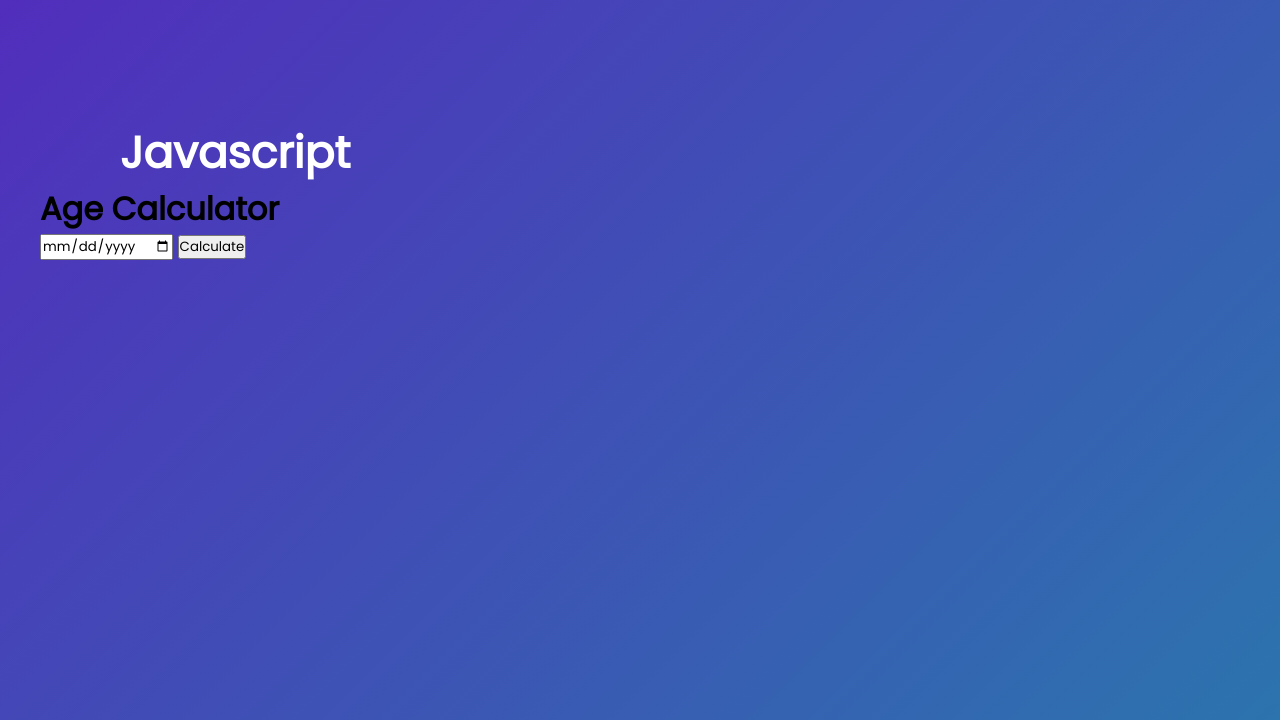
Repository: Ankitkr2021/Age-Calculator
Page: index.html
The author's editor kept a copy of each file at every save. The page is drawn from the files as they stood at one save, then again after the next save.
The browser window is 1280 px wide. The pictures show the whole page.

Above is the page before, as saved 2025-10-05 10:23:24.

### index.html
<!DOCTYPE html>
<html lang="en">
<head>
    <meta charset="UTF-8">
    <meta name="viewport" content="width=device-width, initial-scale=1.0">
    <title>Age Calculator</title>
    <link rel="stylesheet" href="./style.css">
</head>
<body>
    <div class="main">
        <h1 class="js">Javascript</h1>
        <h1 class="age">Age Calculator</h1>
        <div class="box">
            <input type="date">
             <button>Calculate</button>
        </div>
    </div>
</body>
</html>

### style.css
@import url("https://fonts.googleapis.com/css2?family=Poppins&display=swap");

*{
    margin: 0;
    padding: 0;
    box-sizing: border-box;
    font-family: "Poppins",sans-serif;
}

body{
    height: 100vh;
    width: 100%;
    background: linear-gradient(135deg, rgb(81, 46, 188), rgb(44, 116, 174));
}

.main{
    /* background: #fff; */
    width: 350px;
    padding: 40px;
}

.js{
    padding-top: 80px;
    padding-left: 80px;
    color: #fff;
    font-size: 44px;
    font-weight: 800;
}

After the next save:
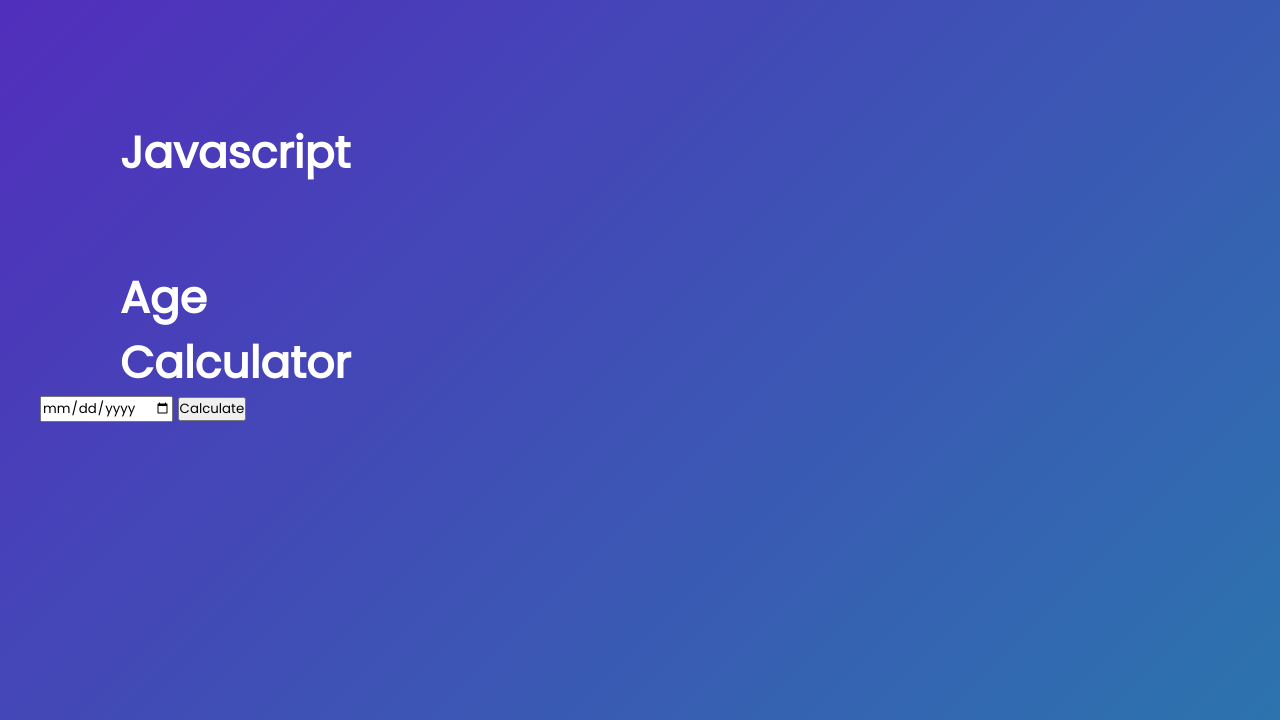
Saved 25 s later.
--- a/style.css
+++ b/style.css
@@ -19,10 +19,18 @@
     padding: 40px;
 }
 
-.js{
+.js, .age{
     padding-top: 80px;
     padding-left: 80px;
     color: #fff;
     font-size: 44px;
     font-weight: 800;
 }
+
+.{
+    padding-top: 80px;
+    padding-left: 80px;
+    color: #fff;
+    font-size: 44px;
+    font-weight: 800;
+}
